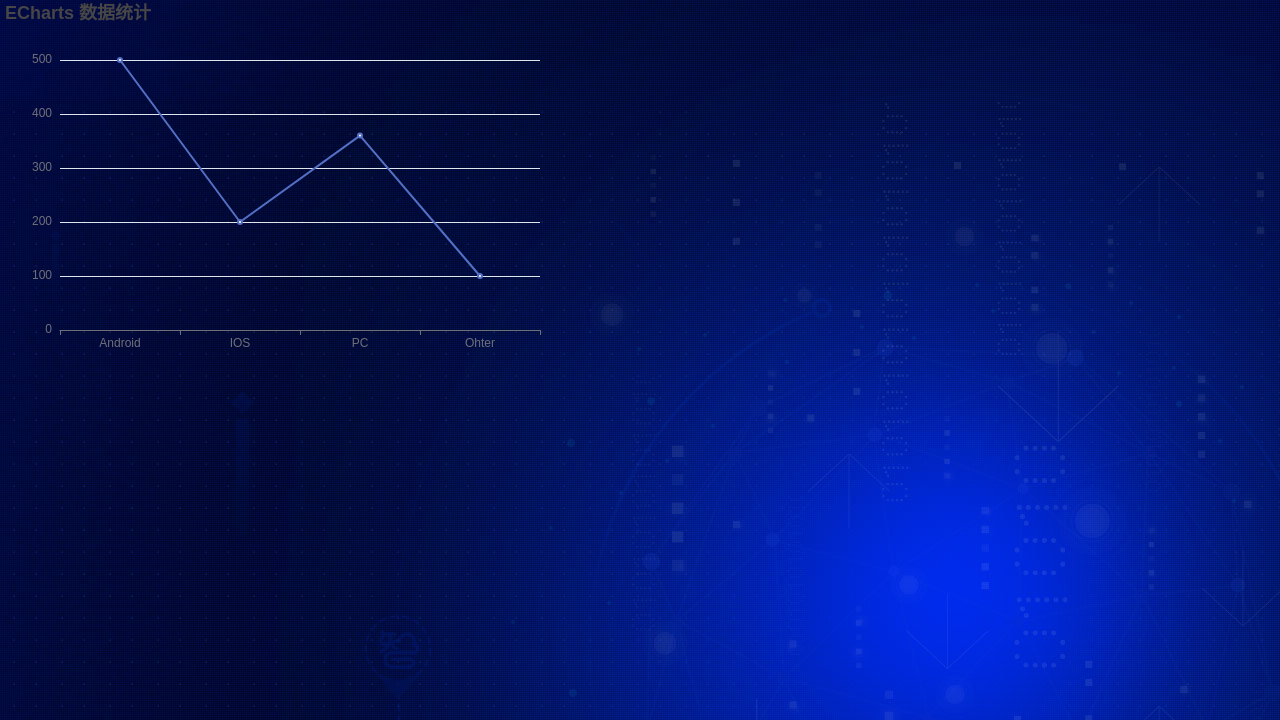
Repository: jiang-1990/DataVM
Page: /
The author's editor kept a copy of each file at every save. The page is drawn from the files as they stood at one save, then again after the next save.
The browser window is 1280 px wide. The pictures show the whole page.
The project was rebuilt for these pictures with package versions that can differ from the ones it lists, and the page was loaded fresh each time.

Above is the page before, as saved 2021-08-23 10:47:04.

After the next save:
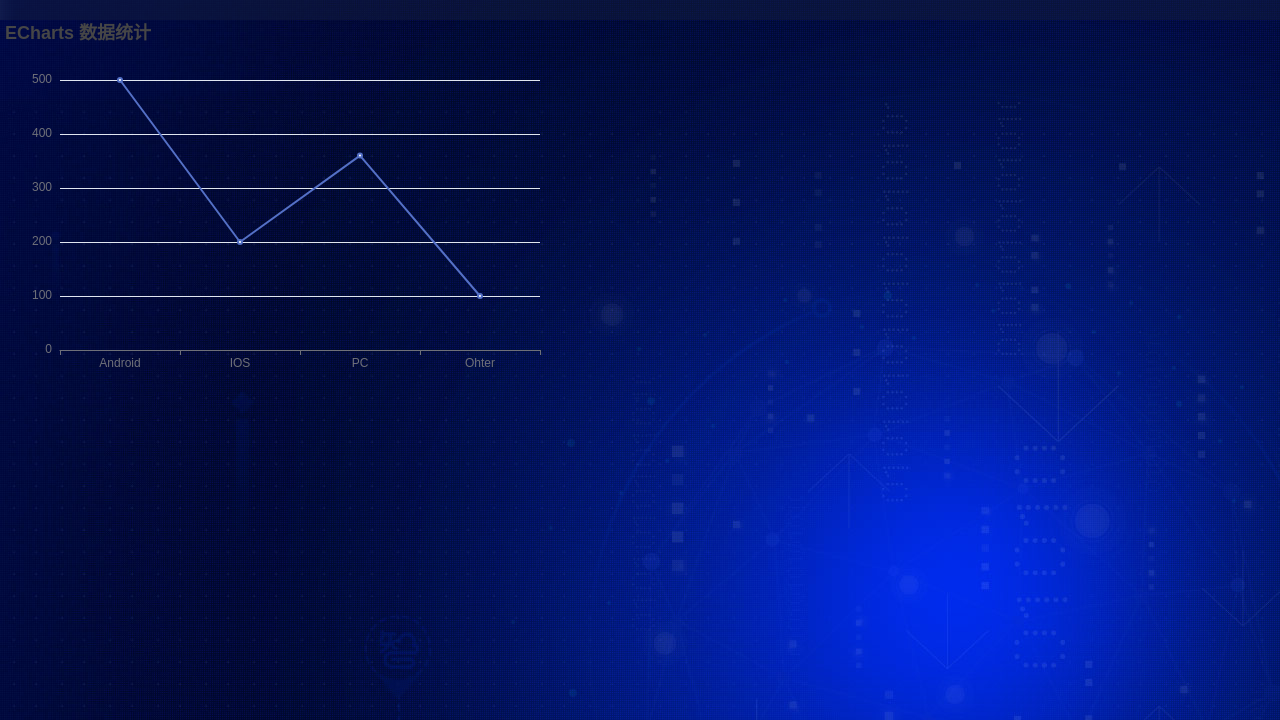
Saved 47 s later.
--- a/src/components/bigScreen.vue
+++ b/src/components/bigScreen.vue
@@ -1,5 +1,6 @@
 <template>
   <div>
+    <div class="top"></div>
     <div id="myChart" style="width:600px; height: 400px;"></div>
   </div>
 </template>
